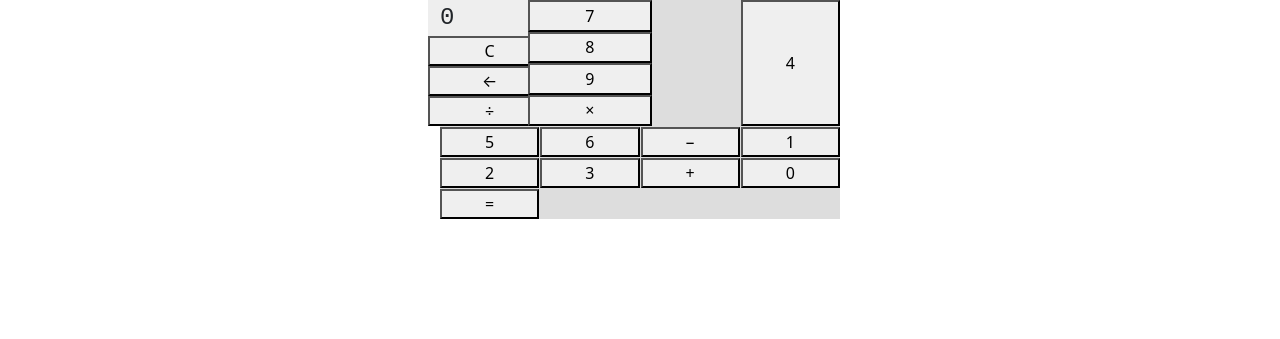
Repository: jgramirez0210/LAB-calculator
Page: index.html
The author's editor kept a copy of each file at every save. The page is drawn from the files as they stood at one save, then again after a run of saves.
The browser window is 1280 px wide. The pictures show the whole page.

Above is the page before, as saved 2023-10-10 20:44:06.

After the next 3 saves:
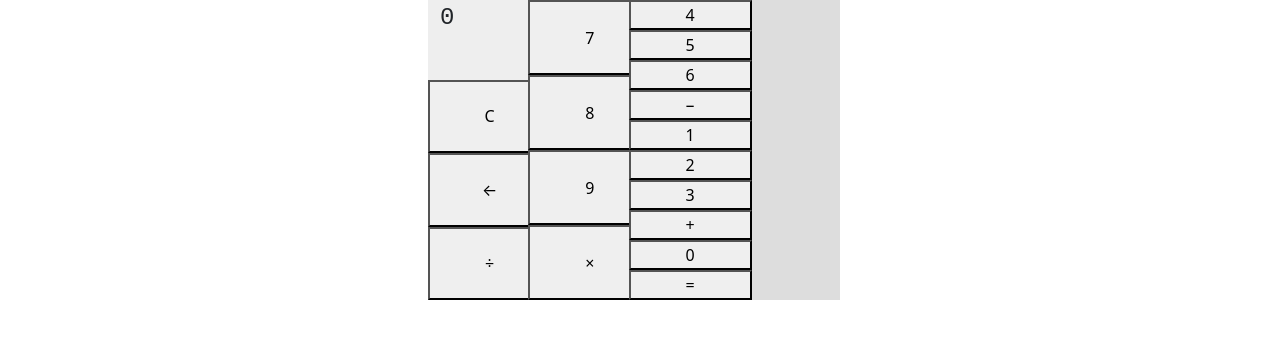
The 3 saves are shown as one change because they came seconds apart.
The last was saved 12 s later.
--- a/index.html
+++ b/index.html
@@ -21,7 +21,7 @@
     <button id="9">9</button>
     <button id="multiply">×</button>
   </div>
-  <div></div>
+  <div class="row">
     <button id="4">4</button>
     <button id="5">5</button>
     <button id="6">6</button>
